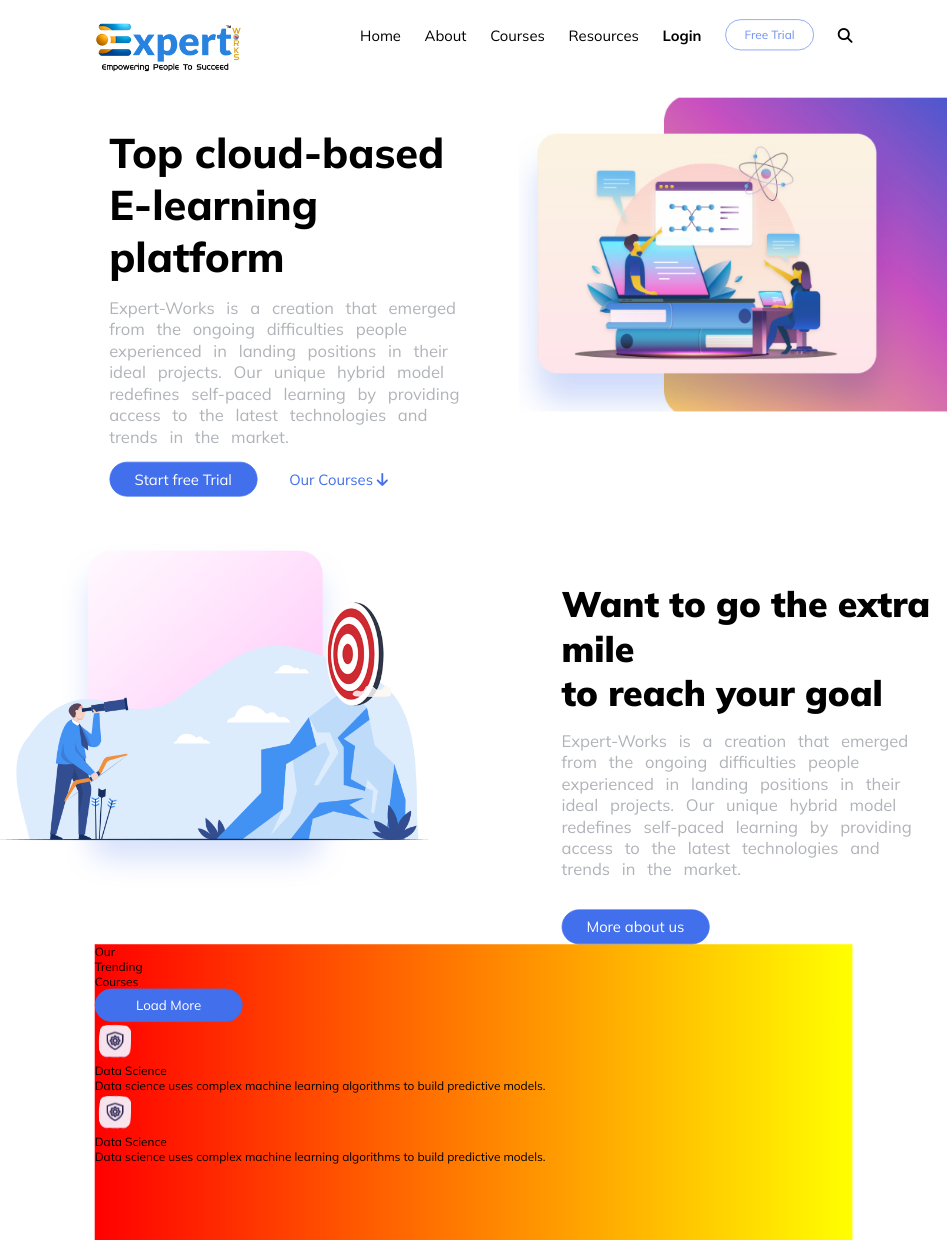
Repository: FlyweisReact/Raghu-B2C
Page: /homePage
An editor plug-in stored every save of this project. The page is shown before and after the next save, followed by the edit.
The browser window is 1280 px wide. The pictures show the whole page, at 74% of full size.
Some web libraries are served in a nearby version. The project was rebuilt for these pictures with package versions that can differ from the ones it lists, and the page was loaded fresh each time. Also part of the build but not shown: src/Footer/footer.scss, src/Footer/Footer.jsx, src/component/pages/courses/course.scss, src/component/Navbar/nav.scss, src/component/Navbar/Nav.jsx, src/component/navigation/NavItems.js, src/component/navigation/Dropdown.css, src/component/navigation/Dropdown.js and 43 more.

Above is the page before, as saved 2023-02-03 16:02:25.

After the next save:
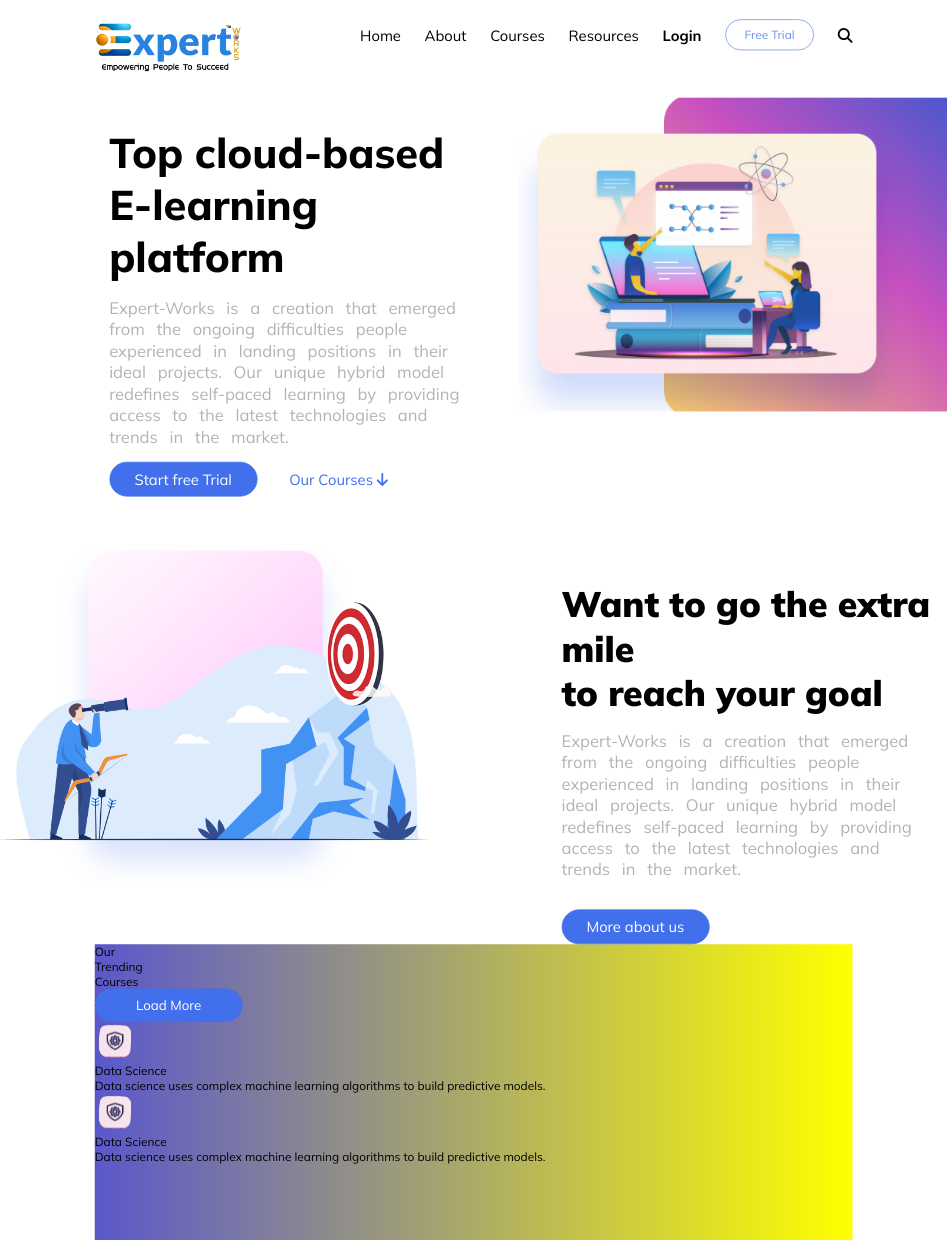
Saved 17 s later.
--- a/src/HomePage.css
+++ b/src/HomePage.css
@@ -117,6 +117,6 @@
 .centerMainDiv{
     width: 80%;
   height: 400px;
-  background-image: linear-gradient(to right, red , yellow);
+  background-image: linear-gradient(to right, #5a57cc , yellow);
   margin: auto;
 }
